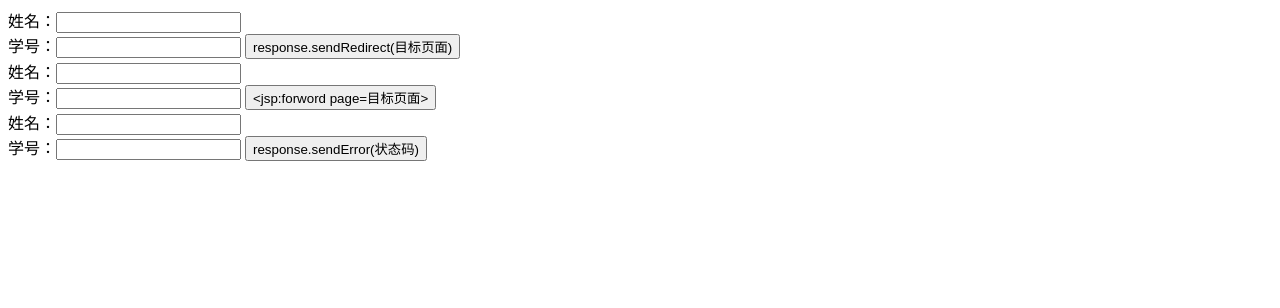
Repository: Matty-GCU/MyEclipse
Page: Java_Web_Learning/WebRoot/chapter07_JSP_request&response&cookie/textbook/entry.html
The author's editor kept a copy of each file at every save. The page is drawn from the files as they stood at one save, then again after the next save.
The browser window is 1280 px wide. The pictures show the whole page.

Above is the page before, as saved 2021-10-19 06:48:44.

After the next save:
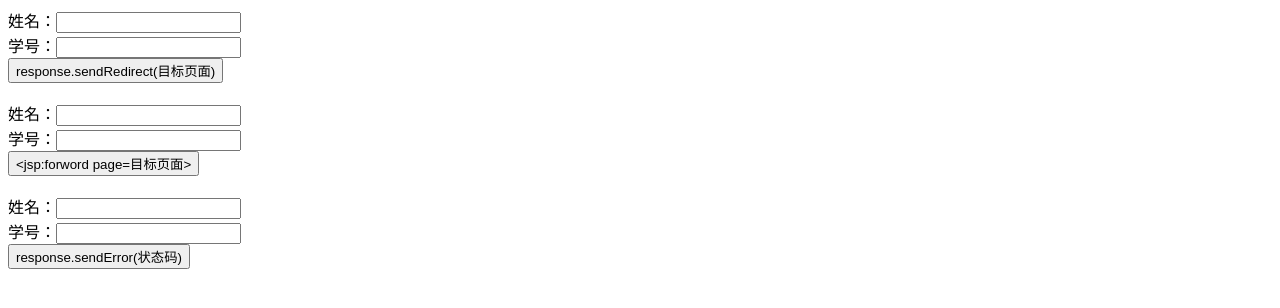
Saved 26 s later.
--- a/Java_Web_Learning/WebRoot/chapter07_JSP_request&response&cookie/textbook/entry.html
+++ b/Java_Web_Learning/WebRoot/chapter07_JSP_request&response&cookie/textbook/entry.html
@@ -7,17 +7,19 @@
 <body>
 	<form action="sendRedirect.jsp">
 		姓名：<input type="text"><br>
-		学号：<input type="text">
+		学号：<input type="text"><br>
 		<input type="submit" value="response.sendRedirect(目标页面)">
 	</form>
+	<br>
 	<form action="forward.jsp">
 		姓名：<input type="text"><br>
-		学号：<input type="text">
+		学号：<input type="text"><br>
 		<input type="submit" value="<jsp:forword page=目标页面>">
 	</form>
+	<br>
 	<form action="sendError.jsp">
 		姓名：<input type="text"><br>
-		学号：<input type="text">
+		学号：<input type="text"><br>
 		<input type="submit" value="response.sendError(状态码)">
 	</form>
 </body>
